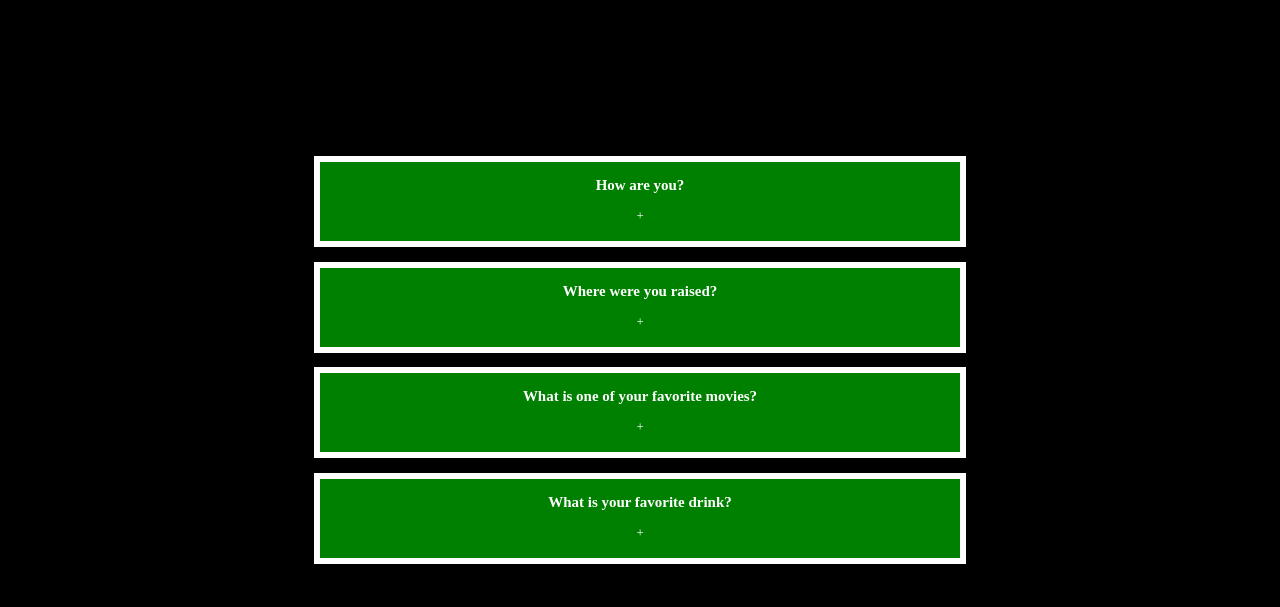
Repository: kosenijr/react-projects
Page: / (app in accordion/)
An editor plug-in stored every save of this project. The page is shown before and after the next save, followed by the edit.
The browser window is 1280 px wide. The pictures show the whole page.
The project was rebuilt for these pictures with package versions that can differ from the ones it lists, and the page was loaded fresh each time.

Above is the page before, as saved 2024-03-02 23:10:08.

### accordion/src/App.js
import React from "react";
import "./App.css";
import SingleSelection from "./components/SingleSelection";

function App() {
  return (
    <div className="App">
      <SingleSelection />
    </div>
  );
}

export default App;

### accordion/src/components/SingleSelection.js
import React, { useState } from "react";
import "../styles/SingleSelection.css";
import data from "../data";

function Accordion() {
  // setting up useState
  const [selected, setSelected] = useState(null);
  // setting up handling
  const handleSingleSelection = (getCurrentId) => {
    console.log(selected, getCurrentId);
    // setSelected(getCurrentId === selected ? null : getCurrentId); // keep add condition for closure
    setSelected(selected !== getCurrentId ? getCurrentId : null)
  };

  return (
    <div className="wrapper">
      {/* single selection accordion */}
      <div className="accordion">
        {data && data.length > 0 ? (
          data.map((dataItem) => (
            <div className="item" key={dataItem.id}>
              {" "}
              {/* always remember to add key */}
              <div
                className="title"
                onClick={() => handleSingleSelection(dataItem.id)}
              >
                <h3>{dataItem.question}</h3>
                <span>+</span>
              </div>
              {selected === dataItem.id ? (
                <div className="content ">{dataItem.answer}</div>
              ) : null}
            </div>
          ))
        ) : (
          <div>No data found!</div>
        )}
      </div>
    </div>
  );
}

export default Accordion;

### accordion/src/styles/SingleSelection.css
.wrapper {
  display: flex;
  justify-content: center;
  align-items: center;
  height: 100vh;
  width: 100vw;
  background-color: black;
  color: white;
}

.item {
  background-color: green;
  color: white;
  font-size: 0.8em;
  font-family: "Raleway", "Times New Roman";
  margin: 2vh 0;
  padding-bottom: 1vh;
  height: 10vh;
  width: 50vw;
  border: 0.5em solid white;
  cursor: pointer;
}

span {
  width: 4vw;
}

.content {
  font-size: 1.2em;
  font-family:  "Raleway", "Times New Roman";
  font-weight: 600;
}

### accordion/src/data.js
const data = [
  {
    id: 1,
    question: "How are you?",
    answer: "I am well!",
  },

  {
    id: 2,
    question: "Where were you raised?",
    answer: "I was raised in Queens.",
  },

  {
    id: 3,
    question: "What is one of your favorite movies?",
    answer: "Harlem Nights",
  },

  {
    id: 4,
    question: "What is your favorite drink?",
    answer: "Water",
  },
];

export default data;

Loaded but not shown: accordion/public/index.html (common file); accordion/src/index.js (common file); accordion/src/index.css (common file); accordion/src/reportWebVitals.js (common file); accordion/src/App.css (common file)

After the next save:
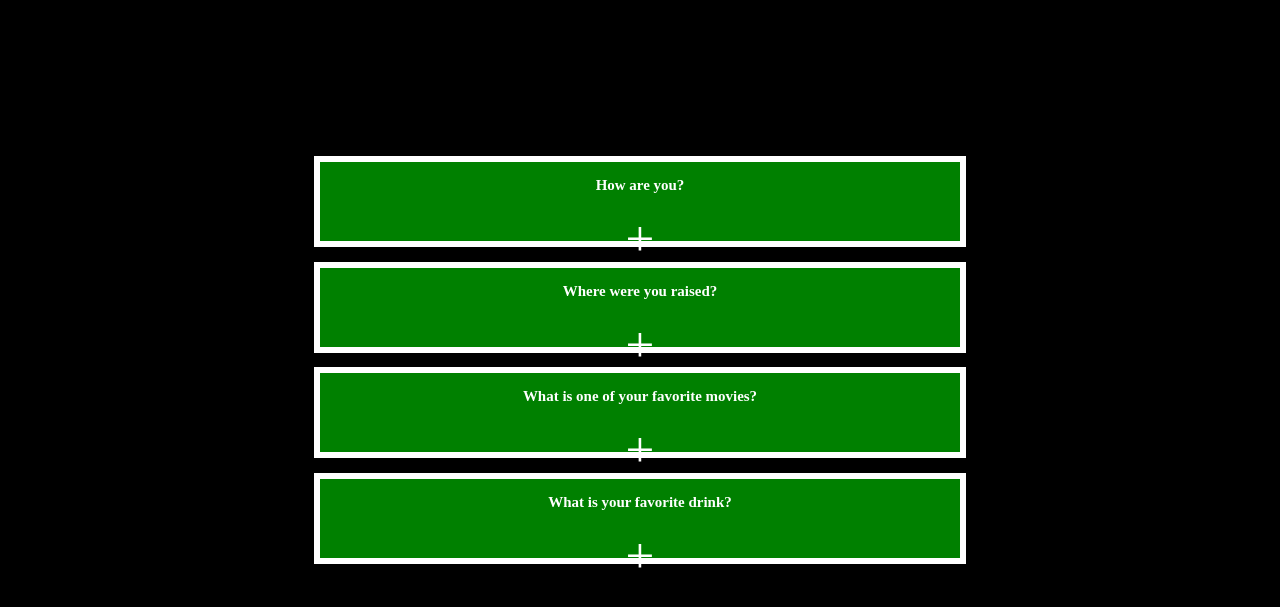
Saved 18 s later.
--- a/accordion/src/styles/SingleSelection.css
+++ b/accordion/src/styles/SingleSelection.css
@@ -22,7 +22,7 @@
 }
 
 span {
-  width: 4vw;
+  font-size: 4vw;
 }
 
 .content {
